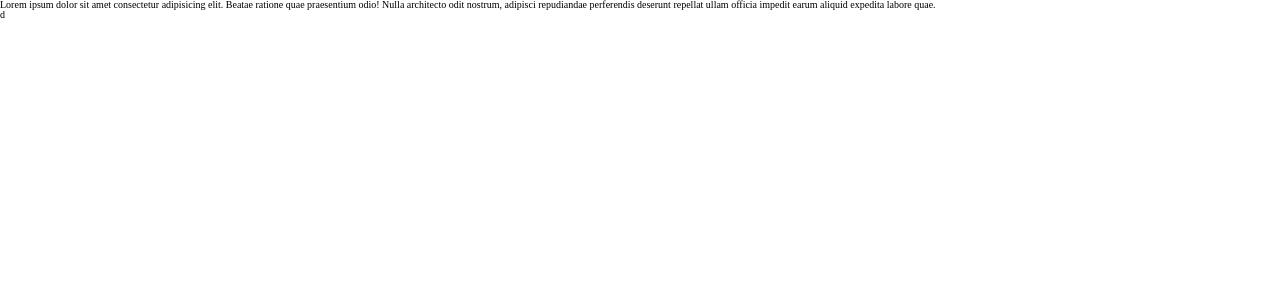
Repository: maianhbao9796/f8-htmlcss-01
Page: index.html
An editor plug-in stored every save of this project. The page is shown before and after the next save, followed by the edit.
The browser window is 1280 px wide. The pictures show the whole page.

Above is the page before, as saved 2024-05-04 17:09:14.

After the next save:
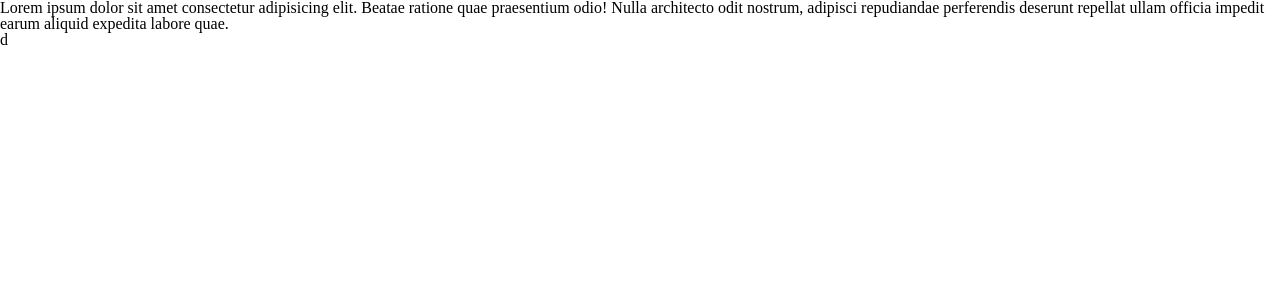
Saved 30 s later.
--- a/assets/css/style.css
+++ b/assets/css/style.css
@@ -3,5 +3,5 @@
 }
 
 html {
-    font-size: 62.5%;
+    /* font-size: 62.5%; */
 }

After the save that followed:
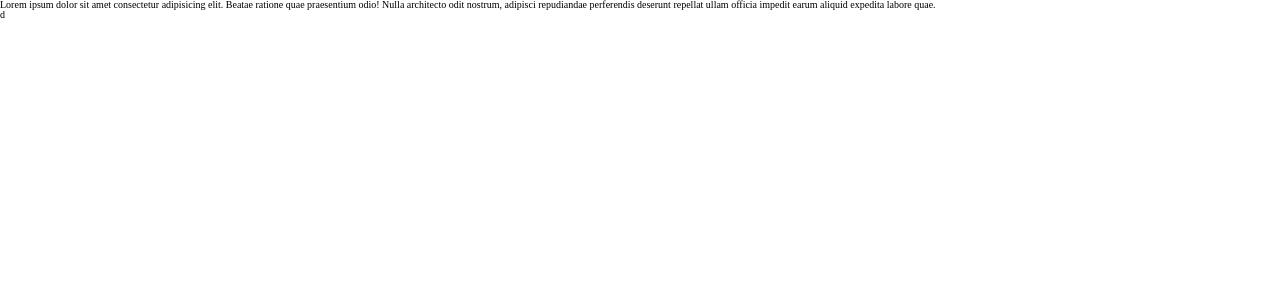
Saved 6 s later.
--- a/assets/css/style.css
+++ b/assets/css/style.css
@@ -3,5 +3,5 @@
 }
 
 html {
-    /* font-size: 62.5%; */
+    font-size: 62.5%;
 }
